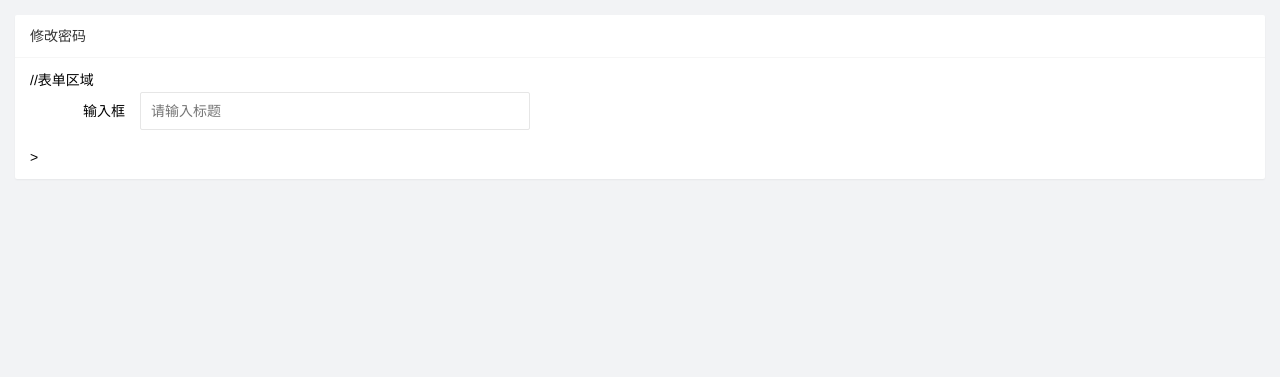
Repository: keyboying1/web_bigevent
Page: user/user_pwd.html
An editor plug-in stored every save of this project. The page is shown before and after the next save, followed by the edit.
The browser window is 1280 px wide. The pictures show the whole page.

Above is the page before, as saved 2022-11-19 17:54:02.

After the next save:
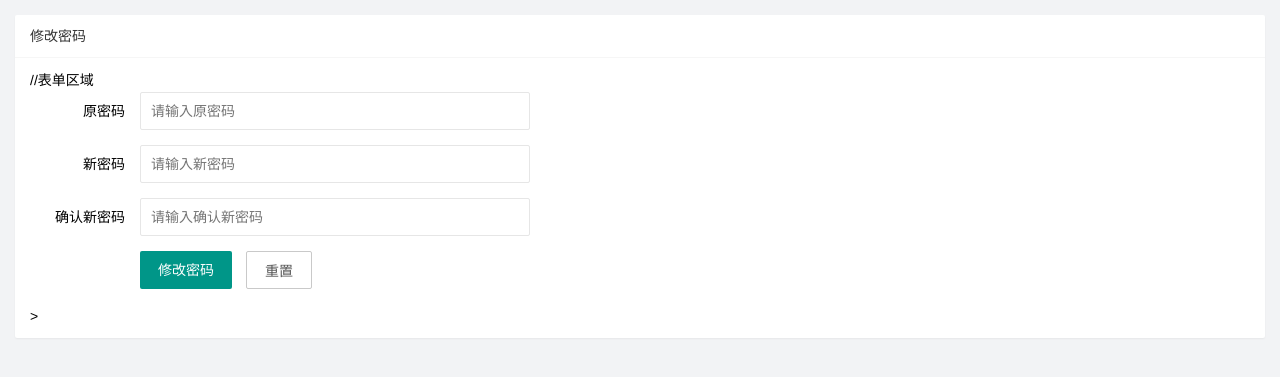
Saved 2 min 9 s later.
--- a/user/user_pwd.html
+++ b/user/user_pwd.html
@@ -17,11 +17,32 @@
             //表单区域
             <form class="layui-form">
                 <div class="layui-form-item">
-                  <label class="layui-form-label">输入框</label>
+                  <label class="layui-form-label">原密码</label>
                   <div class="layui-input-block">
-                    <input type="text" name="title" required  lay-verify="required" placeholder="请输入标题" autocomplete="off" class="layui-input">
+                    <input type="text" name="title" required  lay-verify="required" placeholder="请输入原密码" autocomplete="off" class="layui-input">
                   </div>
                 </div>
+
+                <div class="layui-form-item">
+                    <label class="layui-form-label">新密码</label>
+                    <div class="layui-input-block">
+                      <input type="text" name="title" required  lay-verify="required" placeholder="请输入新密码" autocomplete="off" class="layui-input">
+                    </div>
+                  </div>
+
+                  <div class="layui-form-item">
+                    <label class="layui-form-label">确认新密码</label>
+                    <div class="layui-input-block">
+                      <input type="text" name="title" required  lay-verify="required" placeholder="请输入确认新密码" autocomplete="off" class="layui-input">
+                    </div>
+                  </div>
+
+                  <div class="layui-form-item">
+                    <div class="layui-input-block">
+                      <button class="layui-btn" lay-submit lay-filter="formDemo">修改密码</button>
+                      <button type="reset" class="layui-btn layui-btn-primary">重置</button>
+                    </div>
+                  </div>
              </form>>
         </div>
       </div>
